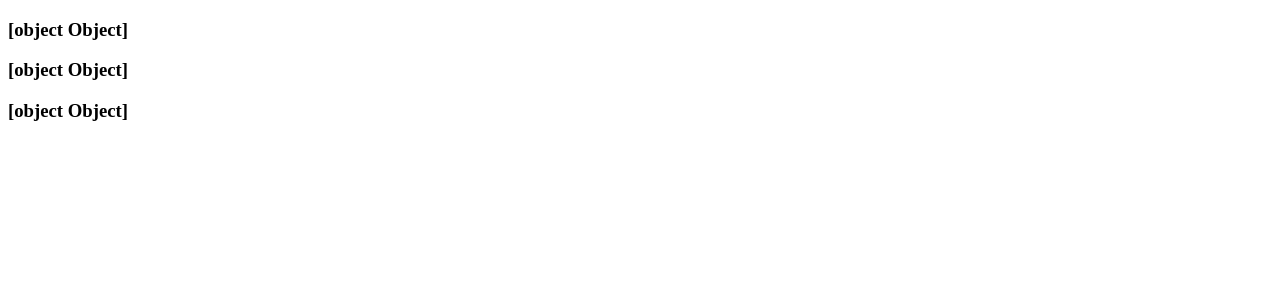
Repository: Dalso13/workspace
Page: workspace_web/chapter04_jQuery/WebContent/Ex07_jQuery_array.html
An editor plug-in stored every save of this project. The page is shown before and after the next save, followed by the edit.
The browser window is 1280 px wide. The pictures show the whole page.

Above is the page before, as saved 2023-05-16 06:03:53.

### workspace_web/chapter04_jQuery/WebContent/Ex07_jQuery_array.html
<!DOCTYPE html>
<html>
<head>
<meta charset="UTF-8">
<title>Insert title here</title>
<script src="js/jquery-3.4.1.js"></script>
<script type="text/javascript">
	$(function() {
		//1. 배열 준비
		let list = [
			{name : "김씨", age:10},
			{name : "이씨", age:20},
			{name : "박씨", age:30},
		]

		/*
			배열을 순회하여 화면에
			김씨 : 10
			이씨 : 20
			박씨 : 30 로 출력
		*/

		$.each(list, function(index, item) {
			$("body").append("<h3>" + item + "</h3>");
		})
	});
</script>
</head>
<body>

</body>
</html>

Loaded but not shown: workspace_web/chapter04_jQuery/WebContent/js/jquery-3.4.1.js (library)

After the next save:
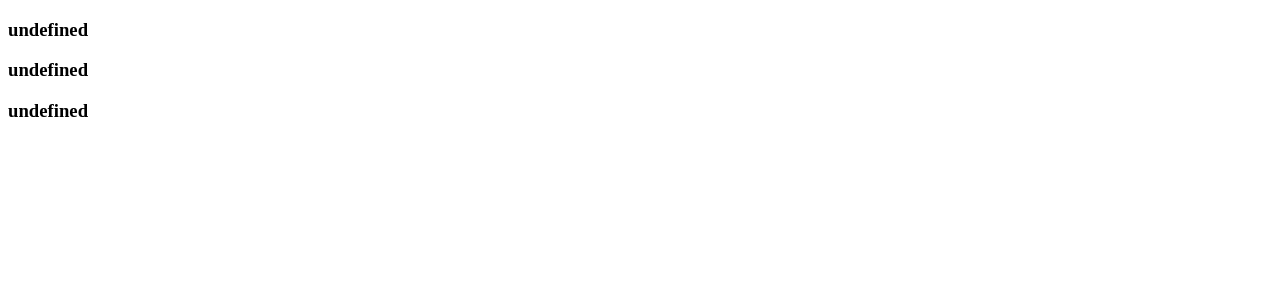
Saved 12 s later.
--- a/workspace_web/chapter04_jQuery/WebContent/Ex07_jQuery_array.html
+++ b/workspace_web/chapter04_jQuery/WebContent/Ex07_jQuery_array.html
@@ -21,7 +21,7 @@
 		*/
 
 		$.each(list, function(index, item) {
-			$("body").append("<h3>" + item + "</h3>");
+			$("body").append("<h3>" + item[2] + "</h3>");
 		})
 	});
 </script>
